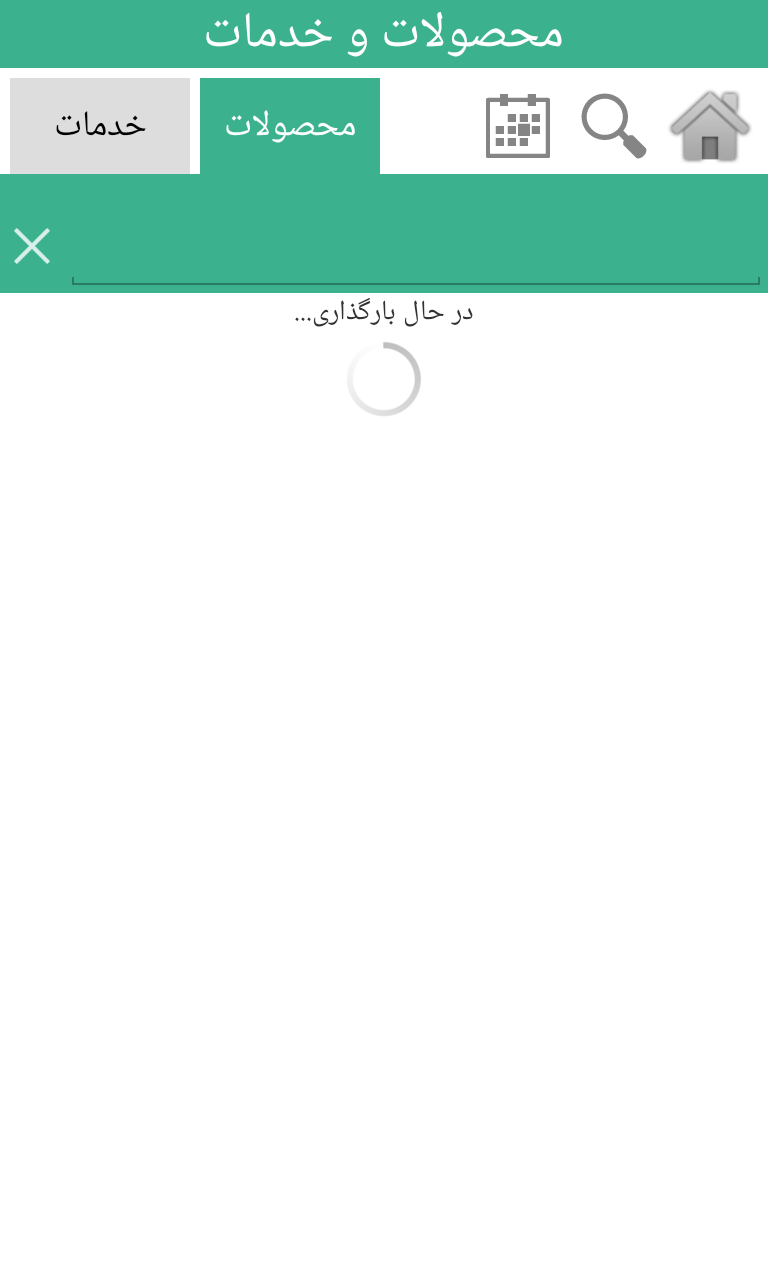
Repository: AtiehPardaz/CRM-Mobile
Layout: Crm-Mobile/res/layout/activity_product_services.xml
These files come from the project's save history. The layout is drawn as it stood at one moment and after the next save; the edit follows.
It is drawn on a 768 x 1280 px phone screen (xhdpi) without system bars, with theme android:Theme.Holo.Light.NoActionBar.Fullscreen; the app's code is not run. Lists and similar views that code fills are empty.

Above is the layout before, as saved 2015-02-24 13:17:53.

After the next save:
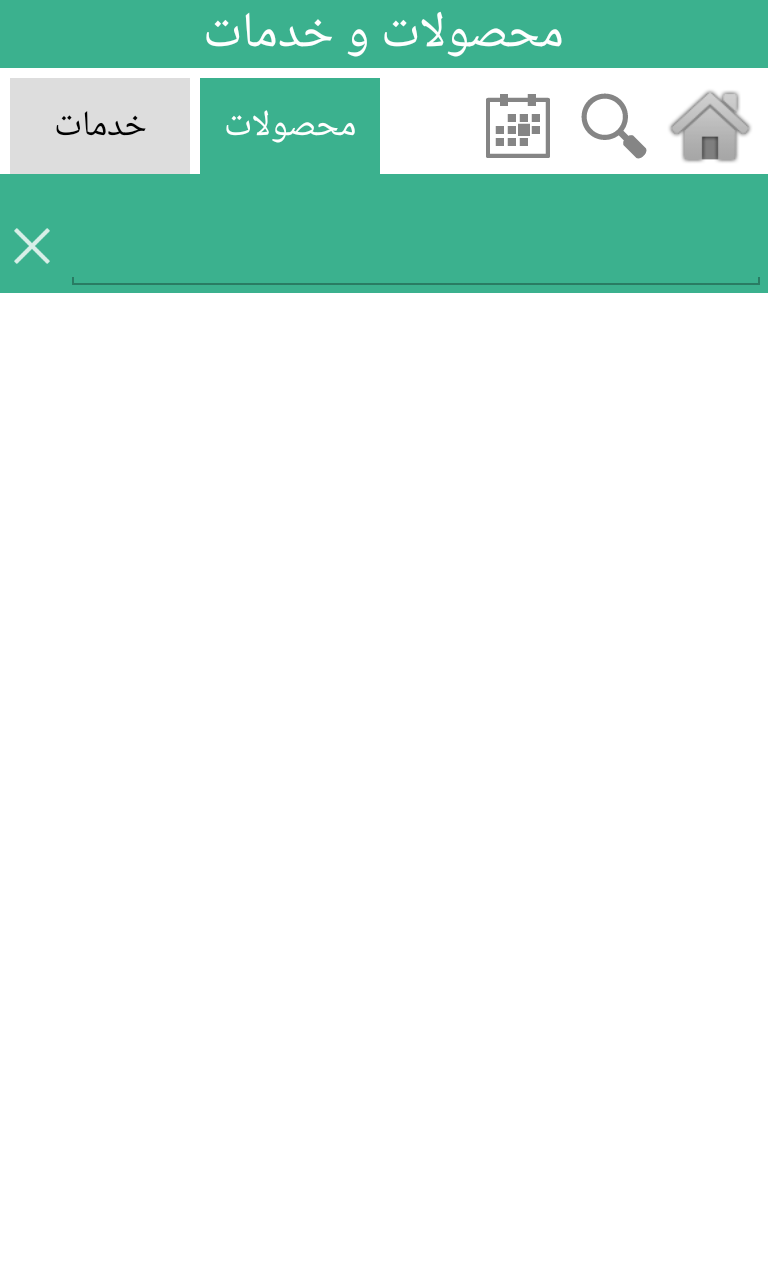
Saved 4 min 43 s later.
--- a/Crm-Mobile/res/layout/activity_product_services.xml
+++ b/Crm-Mobile/res/layout/activity_product_services.xml
@@ -135,7 +135,7 @@
             android:layout_width="wrap_content"
             android:layout_height="wrap_content"
             android:orientation="vertical"
-            android:visibility="visible" >
+            android:visibility="gone" >
 
             <TextView
                 android:id="@+id/tv_loadin"
